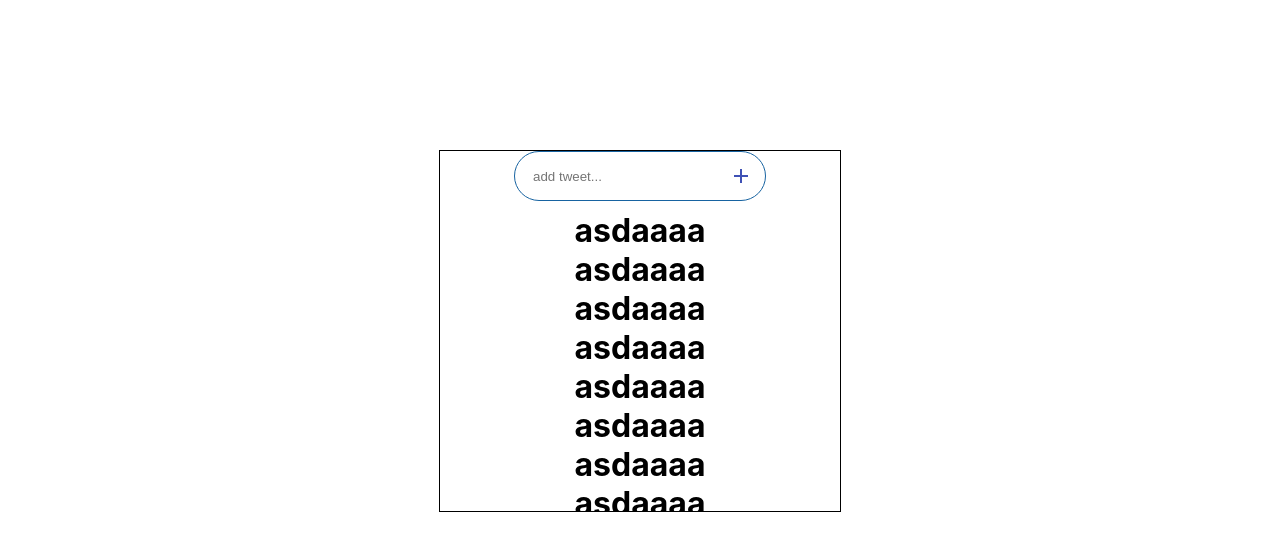
Repository: ehabmelhem/FullStack_Tweetapp
Page: /tweet (app in tweet-app-demo/)
The author's editor kept a copy of each file at every save. The page is drawn from the files as they stood at one save, then again after a run of saves.
The browser window is 1280 px wide. The pictures show the whole page.
The project was rebuilt for these pictures with package versions that can differ from the ones it lists, and the page was loaded fresh each time. A package was used in the major version that the imports need, not the one package.json lists. Also part of the build but not shown: tweet-app-demo/src/Componets/Gotweet.js, tweet-app-demo/src/Componets/Login.css, tweet-app-demo/src/Componets/Login.js, tweet-app-demo/src/Componets/SignUp.css, tweet-app-demo/src/Componets/SignUp.js.

Above is the page before, as saved 2021-01-28 19:54:54.

### tweet-app-demo/src/App.js
import "./App.css";
import { useEffect, useState } from "react";
import { BrowserRouter as Router, Switch, Route, Link } from "react-router-dom";
import Login from "./Componets/Login";
import SignUp from "./Componets/SignUp";
import Tweet from "./Componets/Tweet";

function App() {
  return (
    <Router>
      <div className="app">
        <Switch>
          <Route path="/tweet">
            <Tweet />
          </Route>
          <Route path="/login">
            <Login />
          </Route>
          <Route path="/signup">
            <SignUp />
          </Route>
          <Route path="/">
            <Link to="/login">
              <button>Login</button>
            </Link>
            <Link to="/signup">
              <button>SignUp</button>
            </Link>
          </Route>
        </Switch>
      </div>
    </Router>
  );
}

export default App;

### tweet-app-demo/src/App.css
.app {
  position: relative;
  top: 150px;
  width: fit-content;
  margin: 0 auto;
}

### tweet-app-demo/src/Componets/Tweet.js
import React from "react";
import "./Tweet.css";
import IconButton from "@material-ui/core/IconButton";
import AddIcon from "@material-ui/icons/Add";
function Tweet() {
  return (
    <div className="tweet">
      <form className="tweet__form">
        <input placeholder="add tweet..." type="text" name="" id="" />
        <IconButton color="primary">
          <AddIcon />
        </IconButton>
      </form>
      <div className="container">
        <h1>asdaaaa</h1>
        <h1>asdaaaa</h1>
        <h1>asdaaaa</h1>
        <h1>asdaaaa</h1>
        <h1>asdaaaa</h1>
        <h1>asdaaaa</h1>
        <h1>asdaaaa</h1>
        <h1>asdaaaa</h1>
        <h1>asdaaaa</h1>
        <h1>asdaaaa</h1>
        <h1>asdaaaa</h1>
        <h1>asdaaaa</h1>
        <h1>asdaaaa</h1>
        <h1>asdaaaa</h1>
        <h1>asdaaaa</h1>
        <h1>asdaaaa</h1>
        <h1>asdaaaa</h1>
        <h1>asdaaaa</h1>
        <h1>asdaaaa</h1>
        <h1>asdaaaa</h1>
        <h1>asdaaaa</h1>
        <h1>asdaaaa</h1>
        <h1>asdaaaa</h1>
        <h1>asdaaaa</h1>
        <h1>asdaaaa</h1>
        <h1>asdaaaa</h1>
        <h1>asdaaaa</h1>
        <h1>asdaaaa</h1>
        <h1>asdaaaa</h1>
        <h1>asdaaaa</h1>
        <h1>asdaaaa</h1>
        <h1>asdaaaa</h1>
        <h1>asdaaaa</h1>
        <h1>asdaaaa</h1>
        <h1>asdaaaa</h1>
        <h1>asdaaaa</h1>
        <h1>asdaaaa</h1>
        <h1>asdaaaa</h1>
        <h1>asdaaaa</h1>
        <h1>asdaaaa</h1>
        <h1>asdaaaa</h1>
        <h1>asdaaaa</h1>
        <h1>asdaaaa</h1>
        <h1>asdaaaa</h1>
        <h1>asdaaaa</h1>
      </div>
    </div>
  );
}

export default Tweet;

### tweet-app-demo/src/Componets/Tweet.css
.tweet__form {
  margin: 0 auto;
  width: fit-content;
  display: flex;
  align-items: center;
  border: 1px solid rgb(23, 99, 161);
  border-radius: 999px;
}
.tweet__form > input {
  margin-left: 11px;
  padding: 7px;
  outline: none;
  border: none;
}
.tweet {
  width: 400px;
  border: 1px solid black;
}
/* Hide scrollbar for Chrome, Safari and Opera */
.container::-webkit-scrollbar {
  width: 1em;
}

.container::-webkit-scrollbar-track {
  box-shadow: inset 0 0 6px rgba(13, 132, 230, 0.76);
  border-radius: 999px;
}

.container::-webkit-scrollbar-thumb {
  background-color: rgb(37, 156, 235);
  border-radius: 999px;
}

.container {
  margin: 0 auto;
  margin-top: 10px;
  overflow: scroll;
  scroll-behavior: smooth;
  overflow-x: hidden; /* Hide horizontal scrollbar */
  height: 300px;
  width: fit-content;
}

Loaded but not shown: tweet-app-demo/public/index.html (common file); tweet-app-demo/src/index.js (common file); tweet-app-demo/src/index.css (common file); tweet-app-demo/src/reportWebVitals.js (common file)

After the next 2 saves:
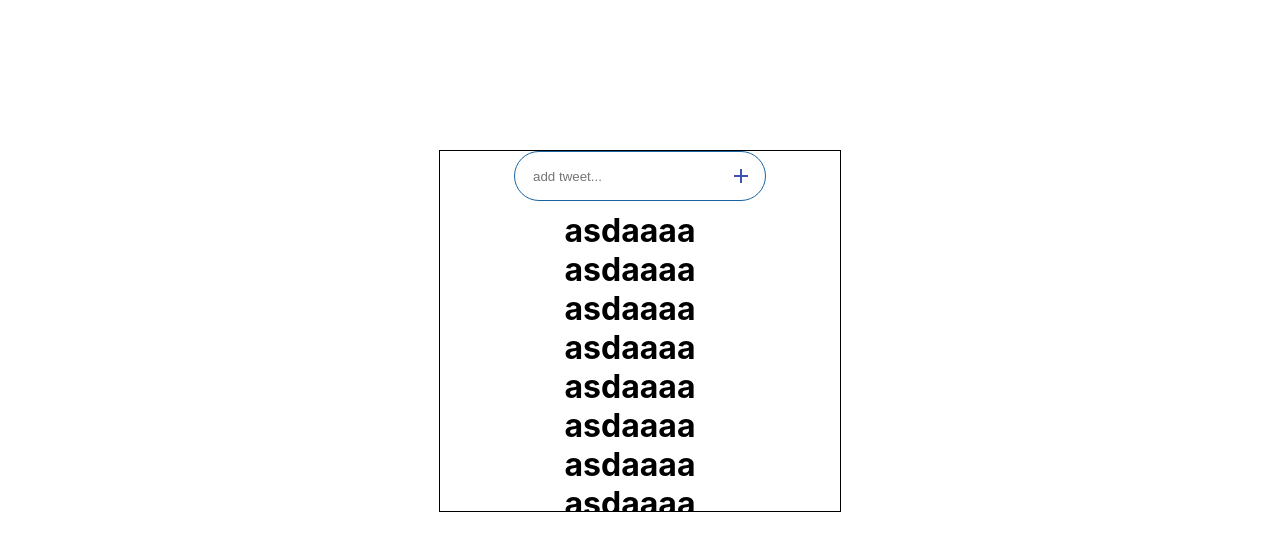
The 2 saves are shown as one change because they came seconds apart.
The last was saved 11 s later.
--- a/tweet-app-demo/src/Componets/Tweet.css
+++ b/tweet-app-demo/src/Componets/Tweet.css
@@ -39,4 +39,5 @@
   overflow-x: hidden; /* Hide horizontal scrollbar */
   height: 300px;
   width: fit-content;
+  padding-right: 20px;
 }
